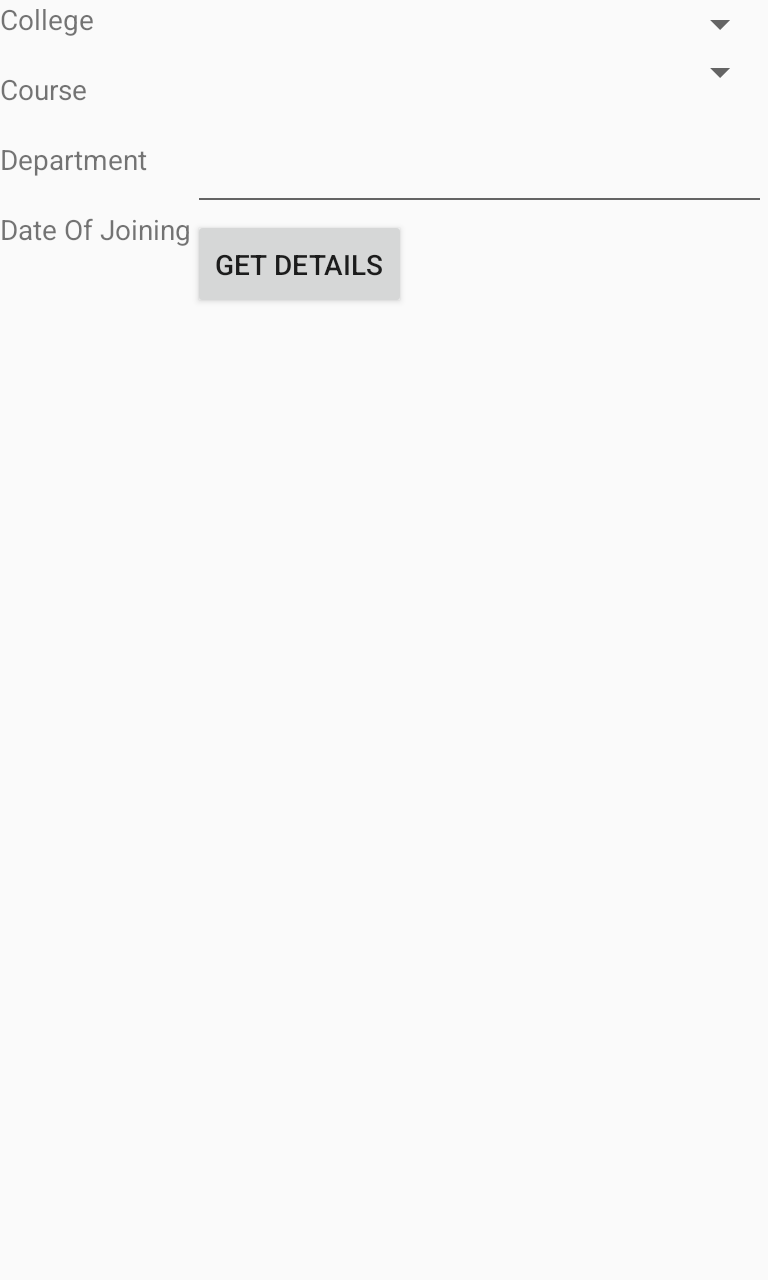
Repository: Prasannakumarb/CollegeMate
Layout: CollegeMate/CollegeMate/res/layout/activity_notification_home_screen.xml
These files come from the project's save history. The layout is drawn as it stood at one moment and after the next save; the edit follows.
It is drawn on a 768 x 1280 px phone screen (xhdpi) without system bars, with theme AppTheme; the app's code is not run.

Above is the layout before, as saved 2014-06-28 20:13:07.

After the next save:
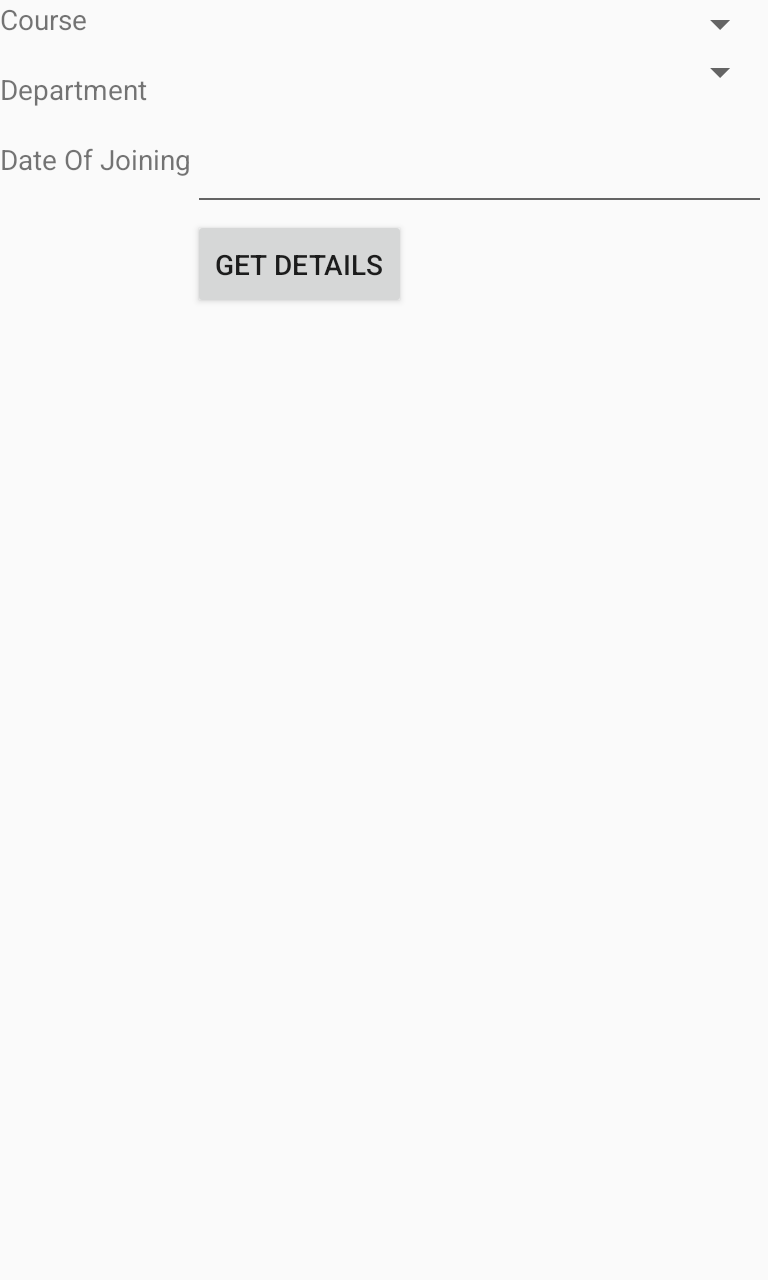
Saved 10 min 5 s later.
--- a/CollegeMate/CollegeMate/res/layout/activity_notification_home_screen.xml
+++ b/CollegeMate/CollegeMate/res/layout/activity_notification_home_screen.xml
@@ -15,11 +15,7 @@
             android:layout_height="match_parent"
             android:orientation="vertical" >
 
-            <TextView
-                android:id="@+id/Name"
-                android:layout_width="wrap_content"
-                android:layout_height="35dp"
-                android:text="@string/college" />
+
 
             <TextView
                 android:id="@+id/email"
